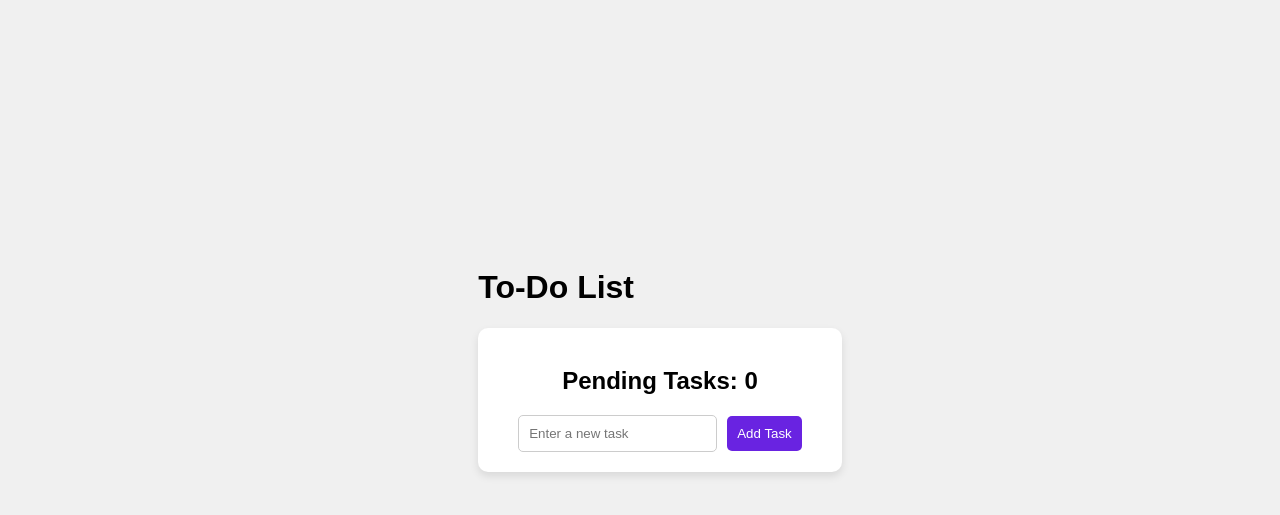
Repository: jgache/COMP-3170-0-Lab4
Page: /
These files come from the project's save history. The page is drawn as it stood at one moment and after the next save; the edit follows.
The browser window is 1280 px wide. The pictures show the whole page.
The project was rebuilt for these pictures with package versions that can differ from the ones it lists, and the page was loaded fresh each time. Also part of the build but not shown: vite.config.js, src/components/Task.jsx.

Above is the page before, as saved 2024-10-22 15:42:23.

After the next save:
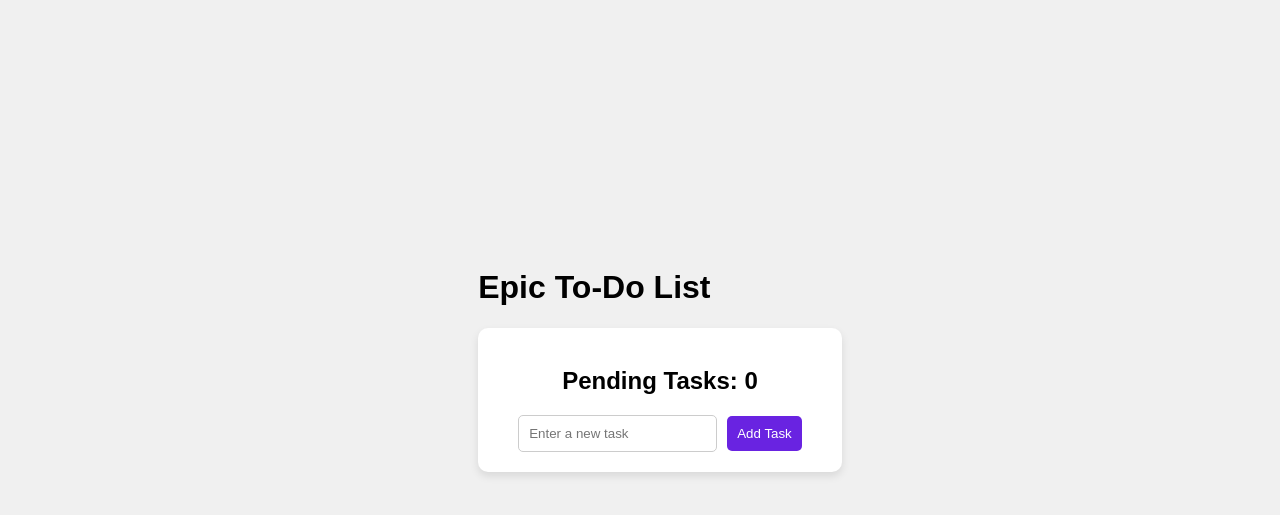
Saved 5 s later.
--- a/src/App.jsx
+++ b/src/App.jsx
@@ -28,7 +28,7 @@ function App() {
     return (
 
         <>
-        <h1>To-Do List</h1>
+        <h1>Epic To-Do List</h1>
         <div className="app-container">
             <h2>
                 {pendingTasks === 1
